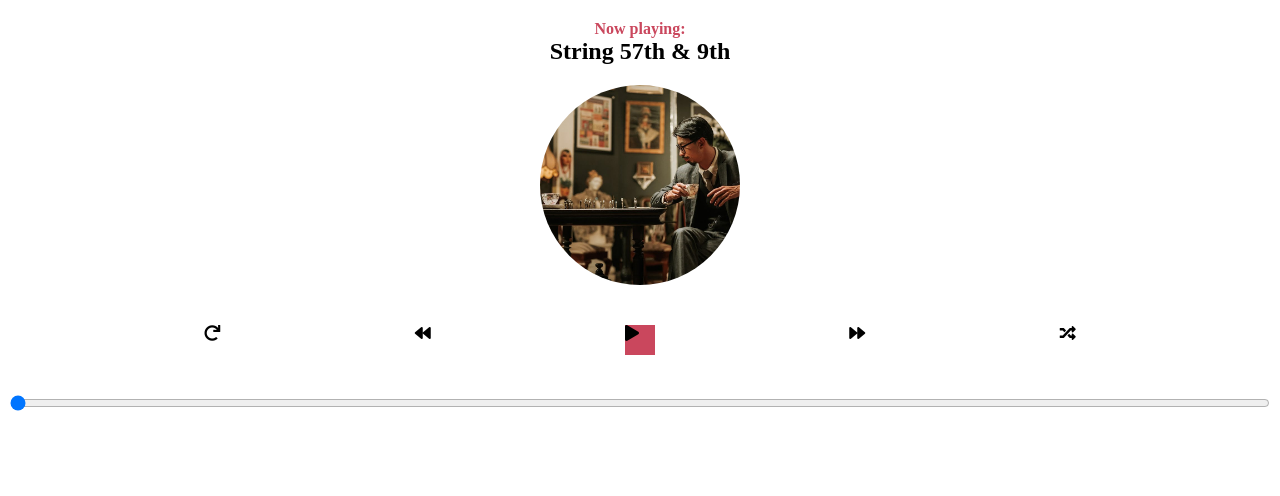
Repository: dovanthao2404/AppMusicPlayer
Page: index.html
An editor plug-in stored every save of this project. The page is shown before and after the next save, followed by the edit.
The browser window is 1280 px wide. The pictures show the whole page.

Above is the page before, as saved 2021-06-28 02:12:00.

After the next save:
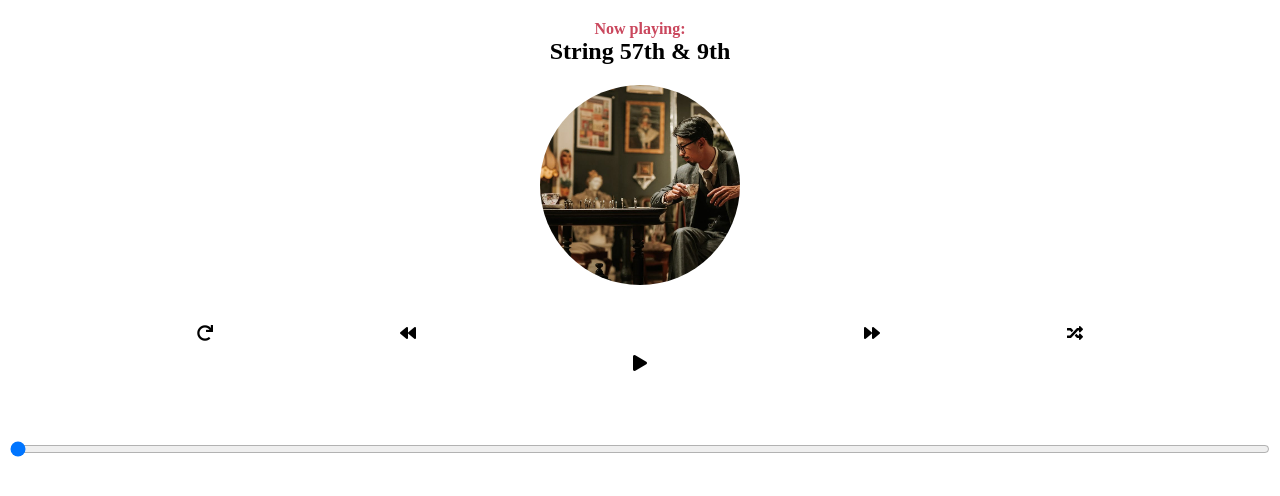
Saved 27 s later.
--- a/css/app.css
+++ b/css/app.css
@@ -31,11 +31,8 @@ header h4 {
   justify-content: space-evenly;
   margin: 40px 0;
 }
-.btn-toggle-play {
-  background-color: rgb(202, 71, 93);
-  width: 30px;
-  height: 30px;
-  /* line-height: 30px; */
+.btn-toggle-play .fa {
+  padding: 30px;
 }
 .controls .fa-pause {
   display: none;
